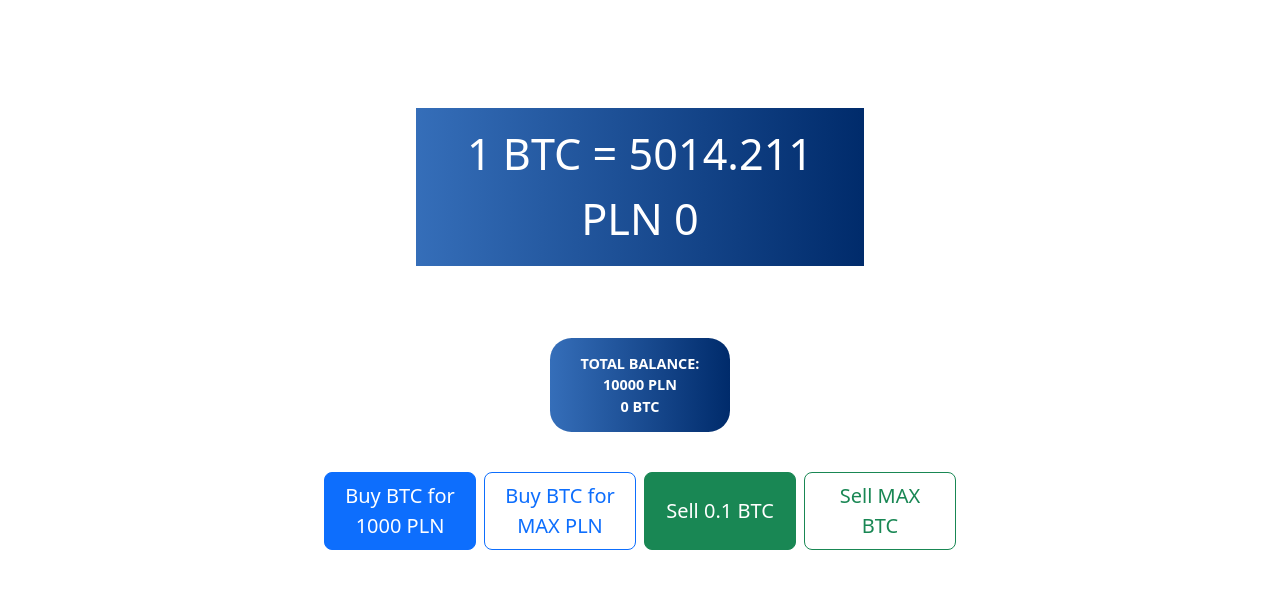
Repository: michalgornicki/bitcoin-virtual
Page: /
An editor plug-in stored every save of this project. The page is shown before and after the next save, followed by the edit.
The browser window is 1280 px wide. The pictures show the whole page.
The project was rebuilt for these pictures with package versions that can differ from the ones it lists, and the page was loaded fresh each time.

Above is the page before, as saved 2021-12-05 23:10:23.

### src/App.jsx
import React, { useState, useEffect } from "react";
import "./App.css";
import Button from "react-bootstrap/Button";
import "bootstrap/dist/css/bootstrap.min.css";

function App() {
  const [bitcoinPrice, setBitcoinPrice] = useState(5000);
  const [accountPLN, setAccountPLN] = useState(10000);
  const [accountBTC, setAccountBTC] = useState(0);
  const [change, setChange] = useState(5000);


  useEffect(() => {
    bitcoin();
    percent();
  }, []);

  const bitcoin = () => {
    let randomNumber = parseFloat((Math.random() * 20 - 10).toFixed(3));
    setBitcoinPrice((bitcoinPrice) =>
      parseFloat((bitcoinPrice + randomNumber).toFixed(3))
    );
    console.log(bitcoinPrice);
    setTimeout(bitcoin, 1000);
  };

  const percent = () => {
    setChange(change - parseFloat(bitcoinPrice));
    console.log(change);
    setTimeout(percent, 1000);
  }

  const buyBitcoin = () => {
    if (accountPLN >= 1000) {
      setAccountPLN(accountPLN - 1000);
      setAccountBTC((accountBTC) =>
        parseFloat((accountBTC + 1000 / bitcoinPrice).toFixed(6))
      );
      console.log(accountBTC);
    } else {
      setAccountPLN(0);
      setAccountBTC((accountBTC) =>
        parseFloat((accountBTC + accountPLN / bitcoinPrice).toFixed(6))
      );
    }
  };

  const buyMAXBitcoin = () => {
      setAccountPLN(0);
      setAccountBTC((accountBTC) =>
        parseFloat((accountBTC + accountPLN/bitcoinPrice).toFixed(6))
      );
      console.log(accountBTC);
  };

  const sellBitcoin = () => {
    if (accountBTC >= 0.1) {
      setAccountPLN(parseFloat((accountPLN + bitcoinPrice / 10).toFixed(6)));
      setAccountBTC((accountBTC) => parseFloat((accountBTC - 0.1).toFixed(6)));
      console.log(accountBTC);
    } else {
      setAccountPLN(
        parseFloat((accountPLN + bitcoinPrice * accountBTC).toFixed(6))
      );
      setAccountBTC((accountBTC) => parseFloat((0).toFixed(6)));
    }
  };

  const sellMAXBitcoin = () => {
      setAccountPLN(parseFloat((accountPLN + bitcoinPrice*accountBTC).toFixed(6)));
      setAccountBTC(0);
      console.log(accountBTC);
  };


  return (
    <div className="wrapper">
      <div className="price">1 BTC = {bitcoinPrice} PLN {change}</div>
      <div className="account-container">
        <div className="account">TOTAL BALANCE:</div>
        <div className="account">{accountPLN} PLN</div>
        <div className="account">{accountBTC} BTC</div>
      </div>

      <div className="button-container w-50 m-auto">
        <Button variant="primary m-1 btn-lg w-50" onClick={buyBitcoin}>
          Buy BTC for 1000 PLN
        </Button>
        <Button variant="outline-primary m-1 btn-lg w-50" onClick={buyMAXBitcoin}>
          Buy BTC for MAX PLN
        </Button>
        <Button variant="success m-1 btn-lg w-50" onClick={sellBitcoin}>
          Sell 0.1 BTC
        </Button>
        <Button variant="outline-success m-1 btn-lg w-50" onClick={sellMAXBitcoin}>
          Sell MAX BTC
        </Button>
      </div>
    </div>
  );
}

export default App;

### src/App.css

body{
    font-family:'Segoe UI', Tahoma, Geneva, Verdana, sans-serif;
    user-select: none;
}

.wrapper{
    display: block;
    margin: auto;
}

.price{
    font-size: 6vmin;
    display: block;
    margin: auto;
    margin-top: 15vmin;
    padding: 2vmin;
    text-align: center;
    width: 35%;
    color: rgb(255, 255, 255);
    background: linear-gradient(to left, rgb(0, 43, 107), rgb(53, 110, 185));

}

.account-container{
    display: block;
    margin: auto;
    margin-top: 10vmin;
    margin-bottom: 5vmin;
    background: linear-gradient(to left, rgb(0, 43, 107), rgb(53, 110, 185));
    color: white;
    padding: 2vmin;
    border-radius: 3vmin;
    width: 14%;
}

.account{
    font-size: 2vmin;
    font-weight: 600;
    display: block;
    margin: auto;
    text-align: center;
}

.button-container{
    display: flex;
    justify-content: center;
}

.button{
    height: 10vmin;
    width: 10vmin;
    background-color: green;
    color: white;
    text-align: center;
    display: block;
    margin: 2vmin;
    margin-top: 10vmin;
    cursor: pointer;
}

Loaded but not shown: public/index.html (common file); src/index.js (common file); src/index.css (common file); src/reportWebVitals.js (common file)

After the next save:
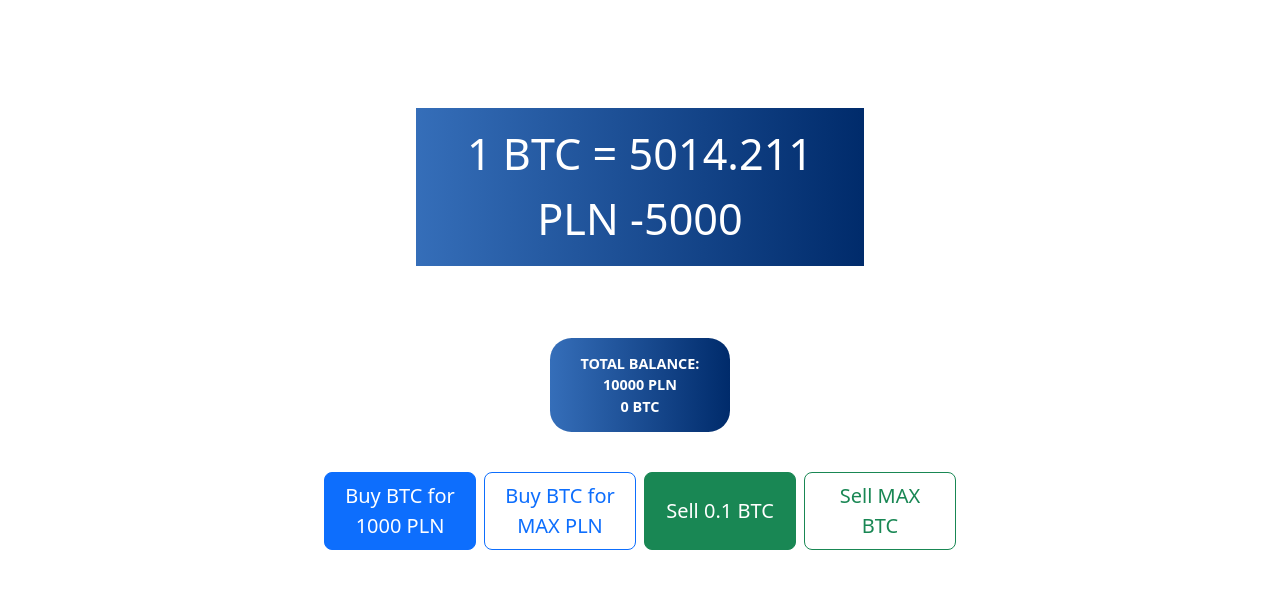
Saved 13 s later.
--- a/src/App.jsx
+++ b/src/App.jsx
@@ -7,7 +7,7 @@
   const [bitcoinPrice, setBitcoinPrice] = useState(5000);
   const [accountPLN, setAccountPLN] = useState(10000);
   const [accountBTC, setAccountBTC] = useState(0);
-  const [change, setChange] = useState(5000);
+  const [change, setChange] = useState(0);
 
 
   useEffect(() => {

After the 3 saves that followed:
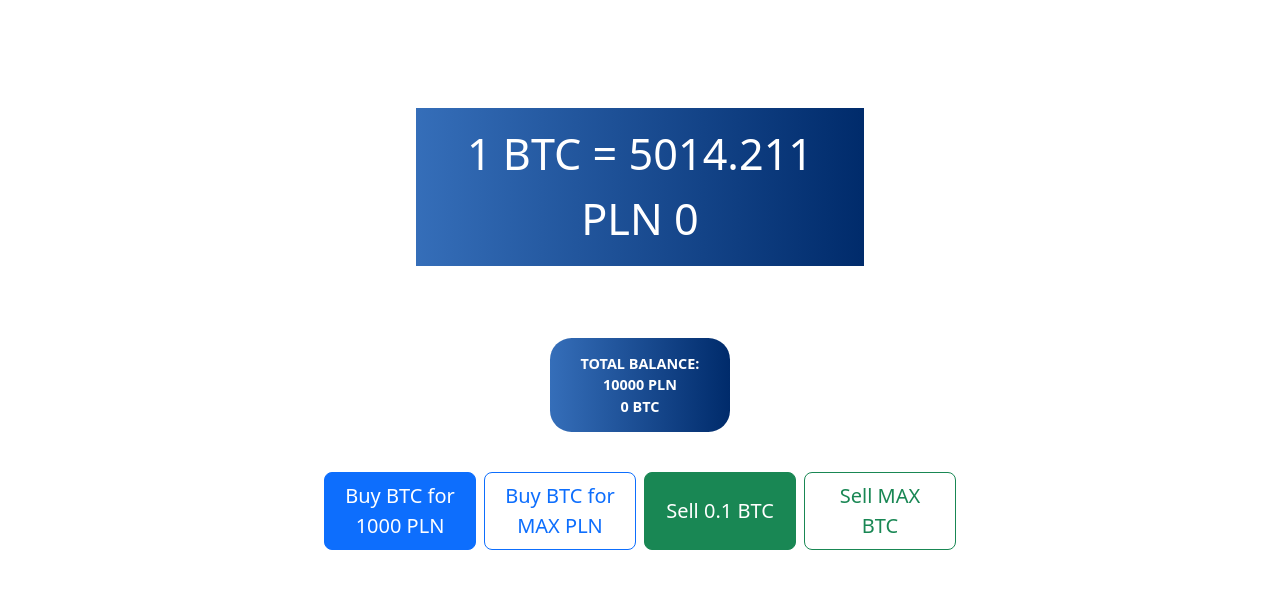
The 3 saves are shown as one change because 1 left the picture as it was and some came seconds apart.
The last was saved 48 s later.
--- a/src/App.jsx
+++ b/src/App.jsx
@@ -7,7 +7,7 @@
   const [bitcoinPrice, setBitcoinPrice] = useState(5000);
   const [accountPLN, setAccountPLN] = useState(10000);
   const [accountBTC, setAccountBTC] = useState(0);
-  const [change, setChange] = useState(0);
+  const [change, setChange] = useState(5000);
 
 
   useEffect(() => {
@@ -25,7 +25,7 @@
   };
 
   const percent = () => {
-    setChange(change - parseFloat(bitcoinPrice));
+    setChange(parseFloat(change - bitcoinPrice));
     console.log(change);
     setTimeout(percent, 1000);
   }
